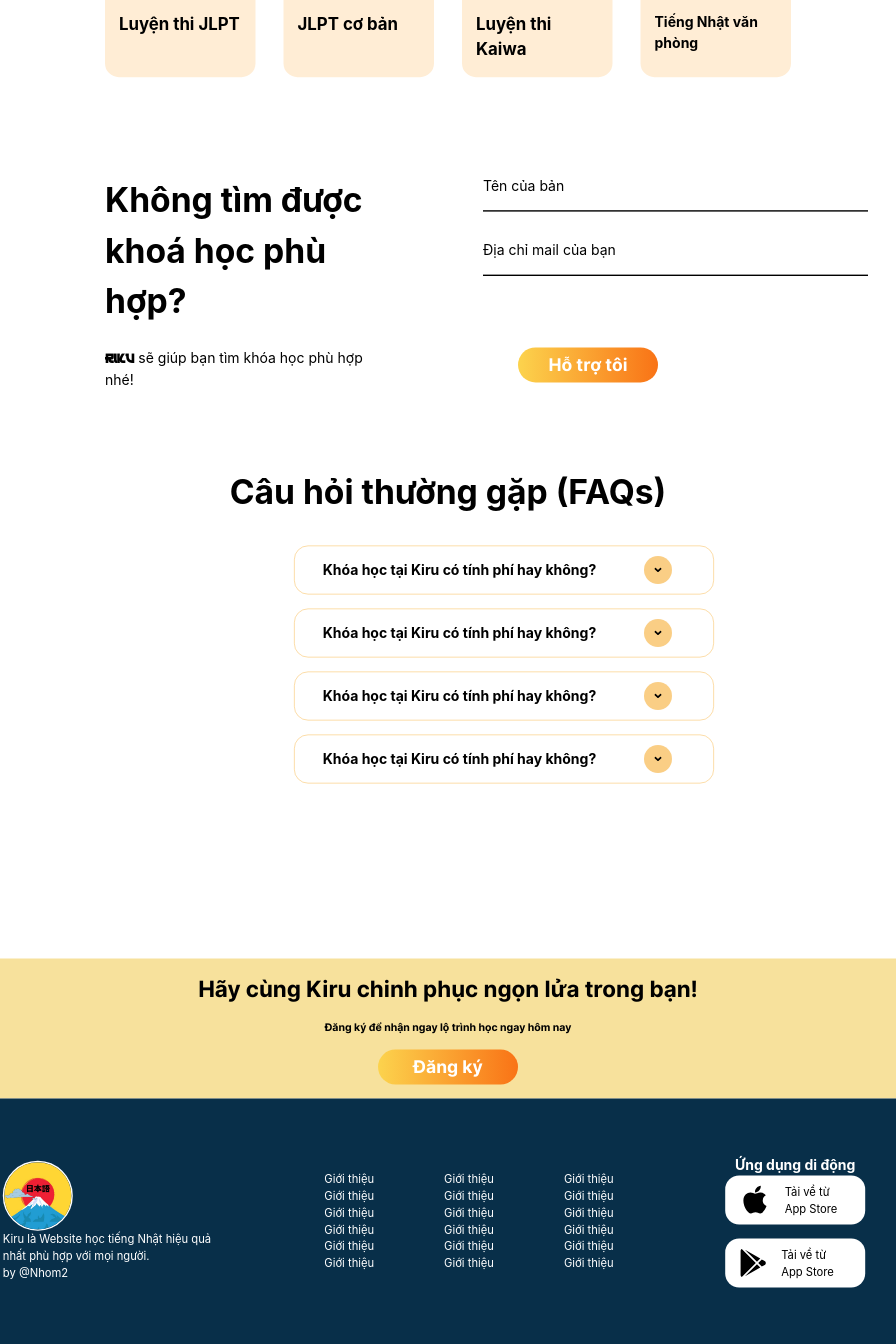
Repository: Quynhhuong150322/Kiru_Website-hoc-tieng-Nhat
Page: /
An editor plug-in stored every save of this project. The page is shown before and after the next save, followed by the edit.
The browser window is 1280 px wide. The pictures show the part of the page from y = 3205 to 5125 px (the page is 5125 px tall), at 70% of full size.
The project was rebuilt for these pictures with package versions that can differ from the ones it lists, and the page was loaded fresh each time.

Above is the page before, as saved 2023-08-17 02:27:52.

After the next save:
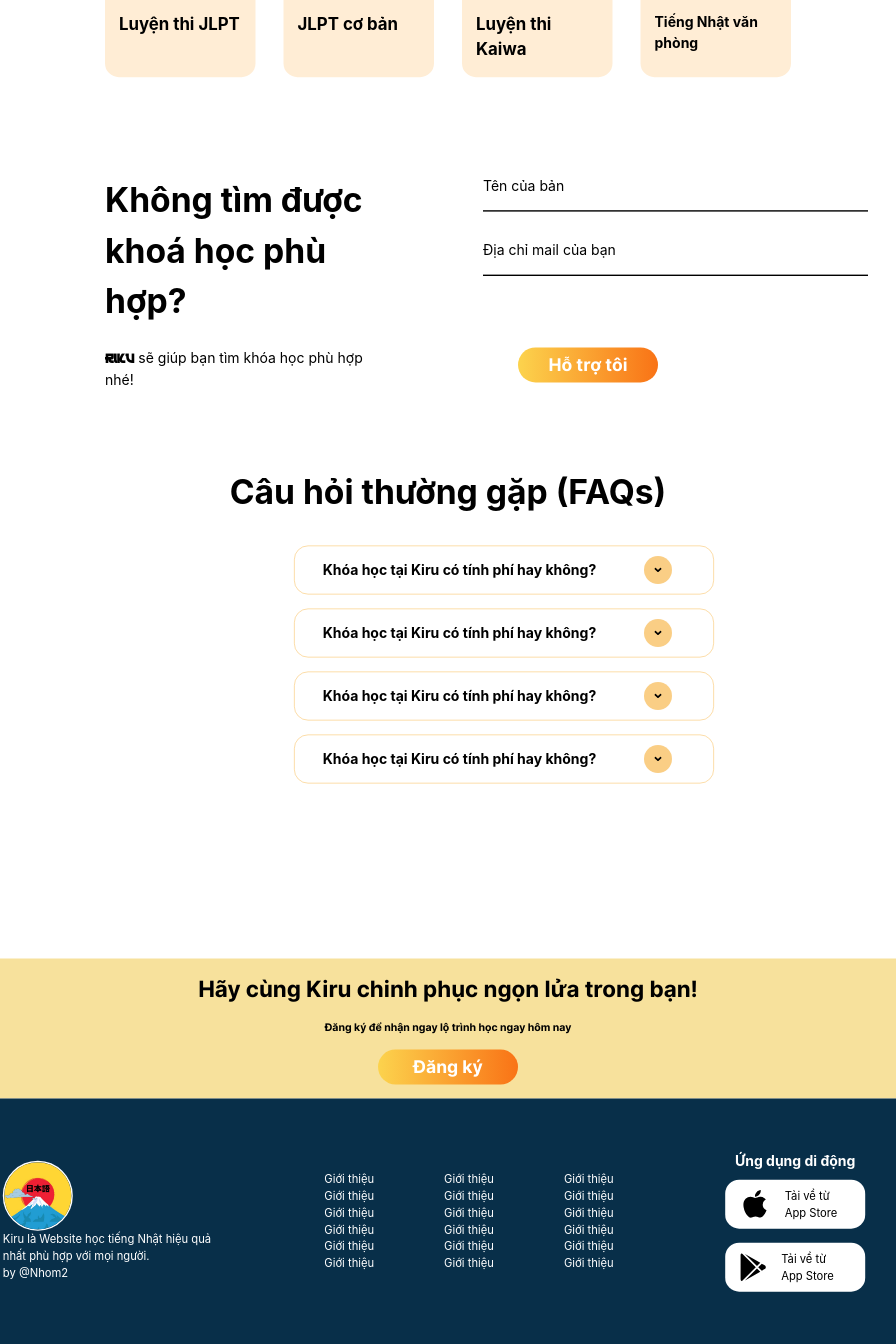
Saved 10 s later.
--- a/src/component/header_footer/footer.js
+++ b/src/component/header_footer/footer.js
@@ -41,7 +41,7 @@ const Footer = () => {
                     </ul>
                 </div>
                 <div className="pr-10">
-                    <p className="text-white text-[20px] font-bold text-center">Ứng dụng di động</p>
+                    <p className="text-white text-[20px] font-bold text-center pb-3">Ứng dụng di động</p>
                     <div className="h-[70px] w-[200px] bg-white rounded-[20px] flex gap-5 items-center">
                         <div className="pl-5">
                             <FaApple className="w-[45px] h-[45px]"/>
